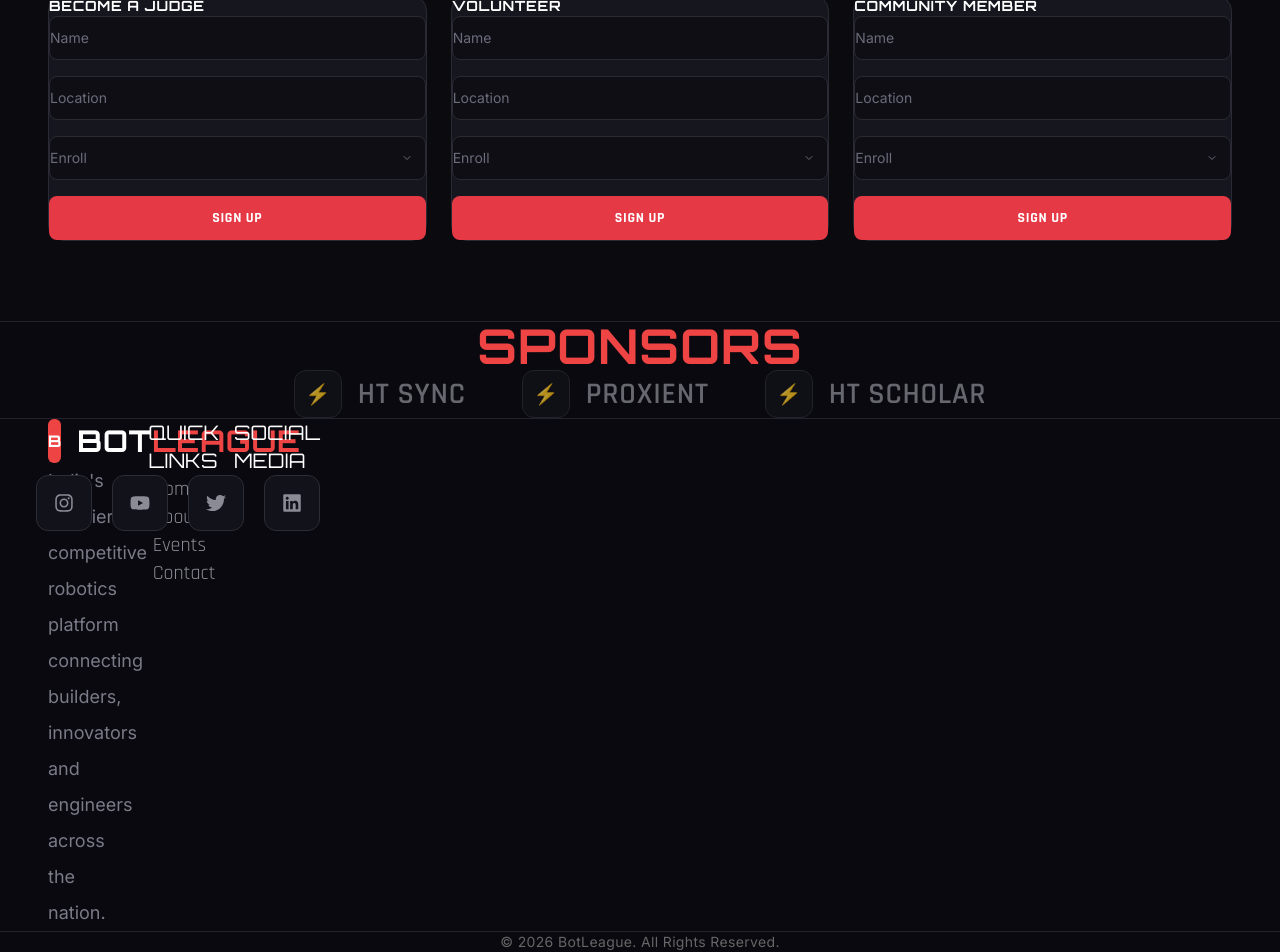
Repository: Debkumar04/botmakers-ai-shopping-assistant
Page: /
An editor plug-in stored every save of this project. The page is shown before and after the next save, followed by the edit.
The browser window is 1280 px wide. The pictures show the part of the page from y = 3354 to 4306 px (the page is 4306 px tall before and 3962 px after).
The project was rebuilt for these pictures with package versions that can differ from the ones it lists, and the page was loaded fresh each time. Also part of the build but not shown: vite.config.ts.

Above is the page before, as saved 2026-07-24 09:30:20.

After the next save:
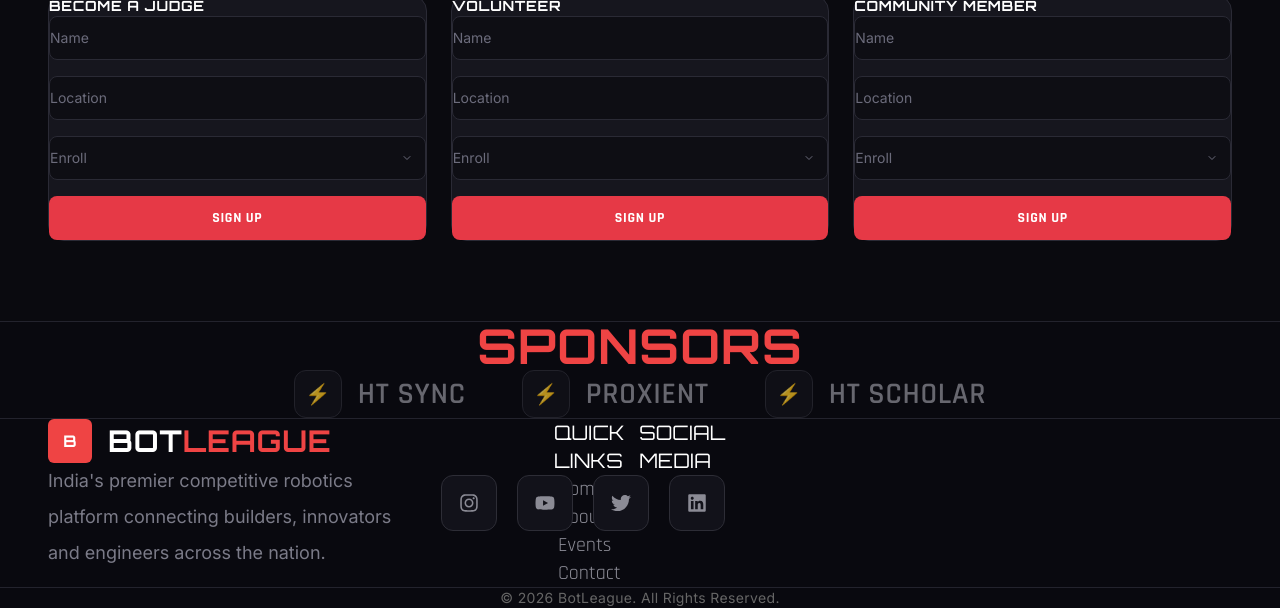
Saved 38 s later.
--- a/src/components/layout/Footer.tsx
+++ b/src/components/layout/Footer.tsx
@@ -45,7 +45,7 @@ export default function Footer() {
         <div className="grid grid-cols-1 lg:grid-cols-12 gap-8 items-start">
           {/* Left */}
 
-          <div>
+          <div className="lg:col-span-5">
             <div className="flex items-center gap-4 mb-8">
               <div className="w-11 h-11 rounded-md bg-[#ef4444] flex items-center justify-center">
                 <span className="font-[Orbitron] text-white font-bold">B</span>
